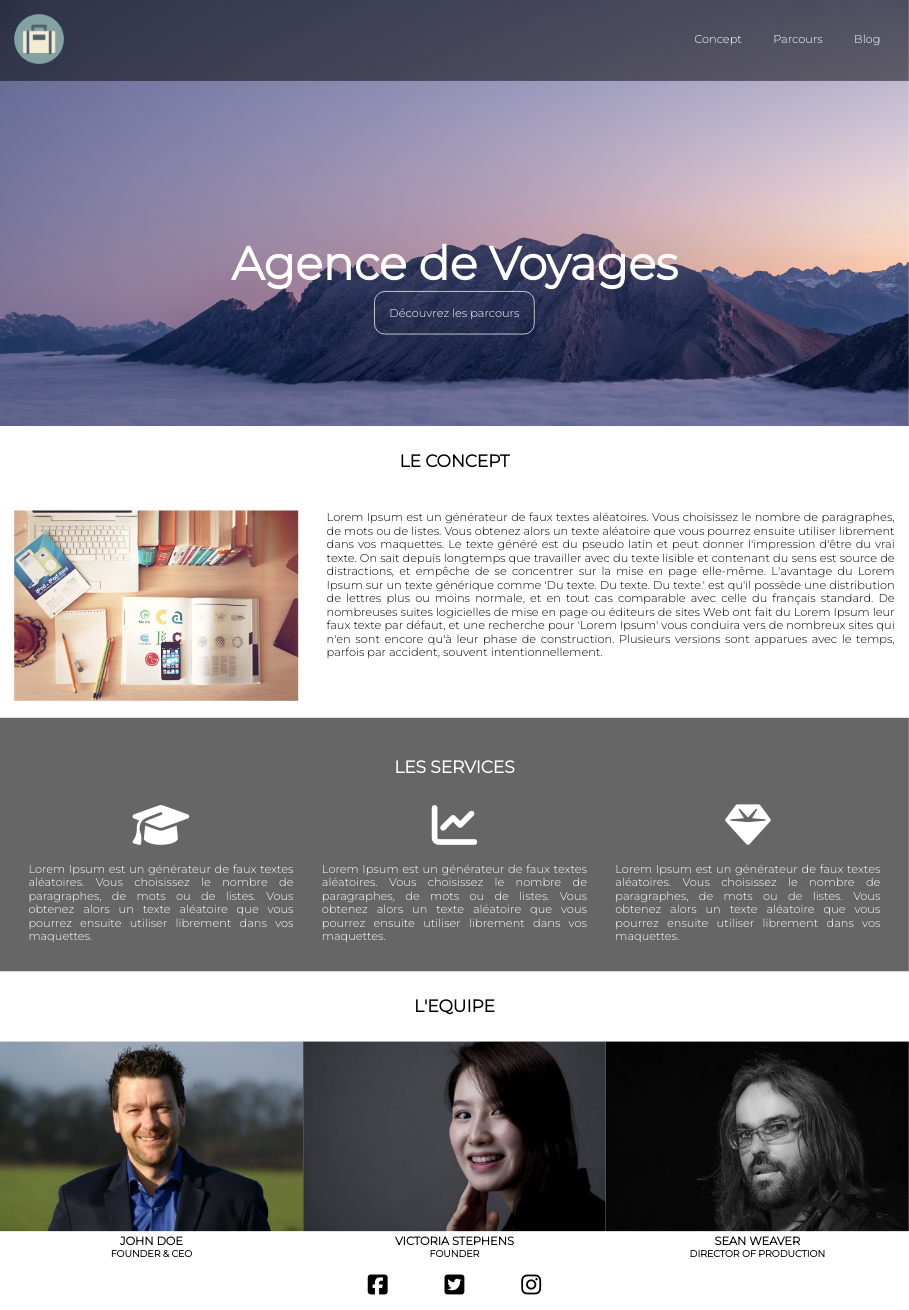
Repository: georeyff/WordPressThemes
Page: agenceVoyageInitial/index.html
The author's editor kept a copy of each file at every save. The page is drawn from the files as they stood at one save, then again after the next save.
The browser window is 1280 px wide. The pictures show the whole page, at 71% of full size.
Some web libraries are served in a nearby version.

Above is the page before, as saved 2020-11-28 14:31:58.

After the next save:
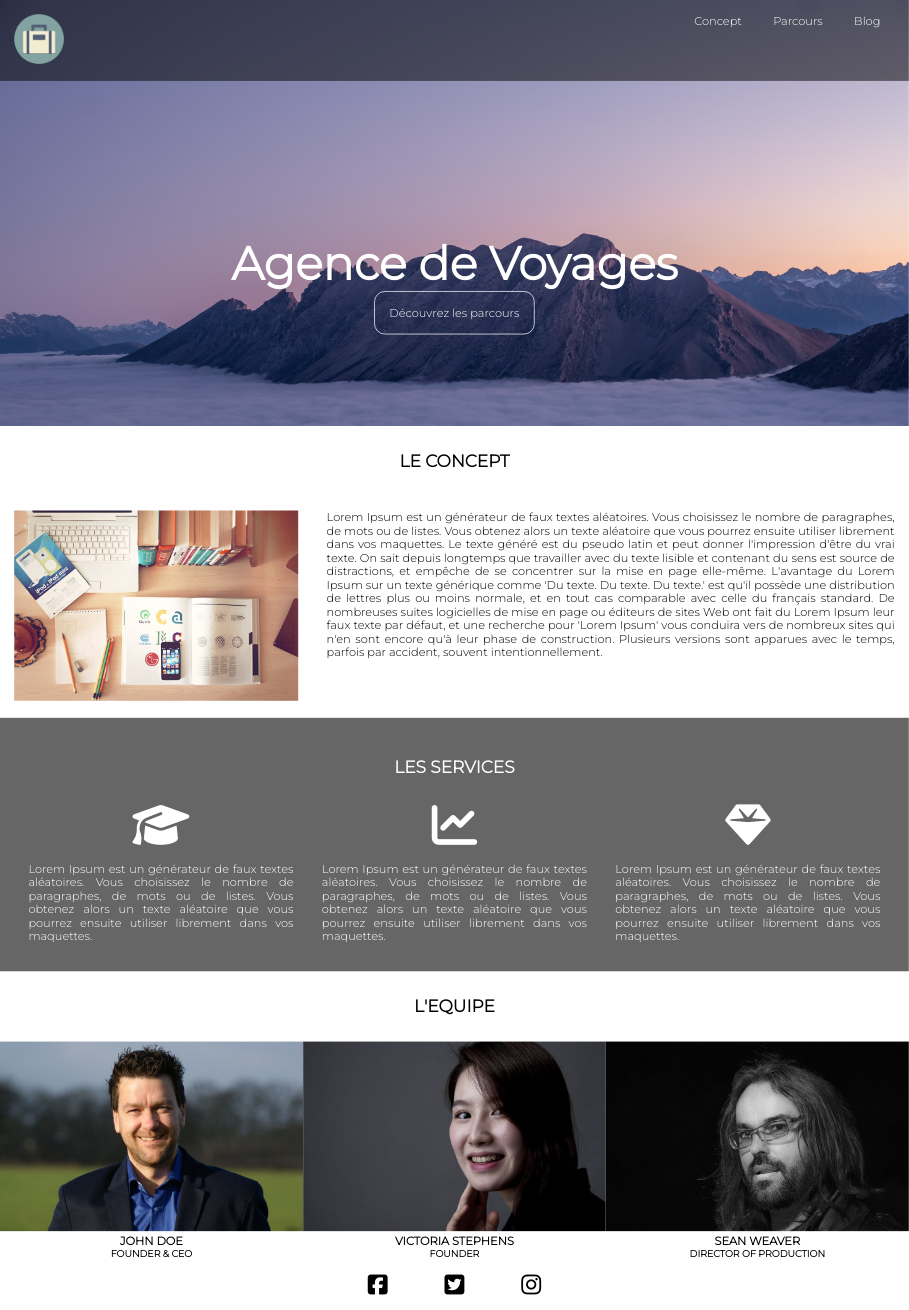
Saved 8 s later.
--- a/agenceVoyageInitial/index.html
+++ b/agenceVoyageInitial/index.html
@@ -18,7 +18,7 @@
 
       <nav>
         <div id="logo"><img src="logo-valise.png" width="70px"></div>
-        <div id="menu">
+        <div id="menuDesktop">
           <a href="#" target="_blank">Concept</a>
           <a href="#" target="_blank">Parcours</a>
           <a href="#" target="_blank">Blog</a>
